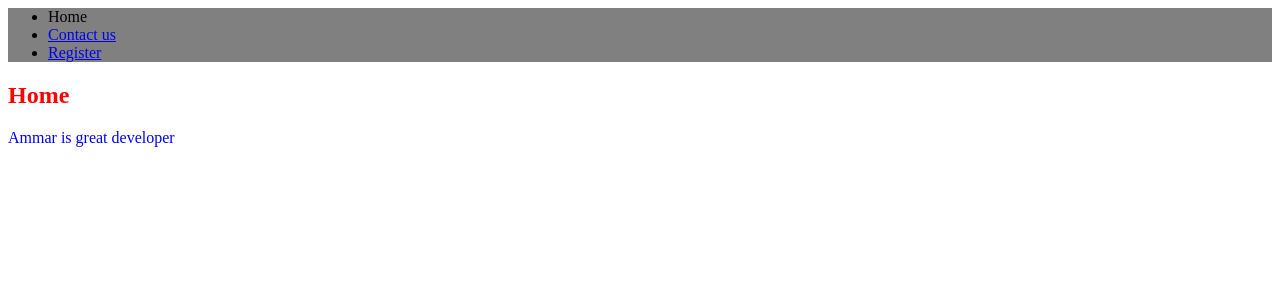
Repository: engammar111/css
Page: index.html
An editor plug-in stored every save of this project. The page is shown before and after the next save, followed by the edit.
The browser window is 1280 px wide. The pictures show the whole page.

Above is the page before, as saved 2021-07-31 15:03:29.

### index.html
<html lang="en">
  <head>
    <link rel="stylesheet" href="style.css" />
    <title>css</title>
  </head>
  <body>
    <header style="background-color: grey">
      <nav>
        <ul>
          <li>Home</li>
          <li><a href="contactus.html">Contact us</a></li>
          <li><a href="register">Register</a></li>
        </ul>
      </nav>
    </header>
    <section>
      <h1>Home</h1>
      <p>Ammar is great developer</p>
    </section>
  </body>
</html>

### style.css
/* Selector {
    property : value;
} */

h1 {
  color: red;
}

p {
  color: green;
}
p {
  color: blue;
}

After the next save:
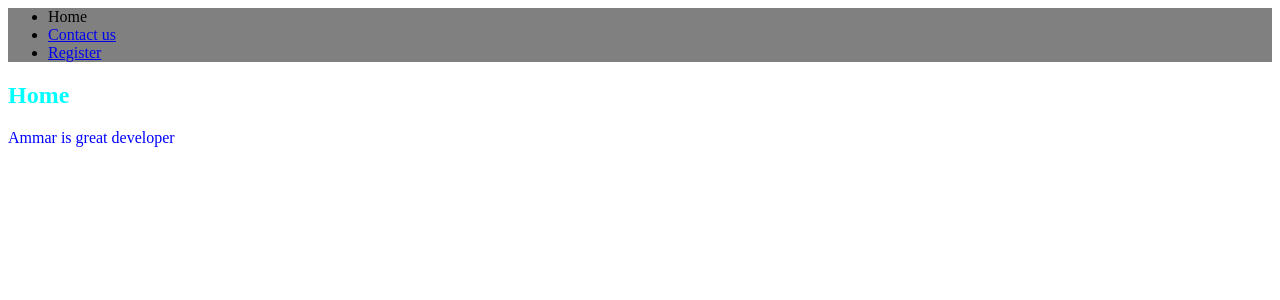
Saved 30 s later.
--- a/index.html
+++ b/index.html
@@ -14,7 +14,7 @@
       </nav>
     </header>
     <section>
-      <h1>Home</h1>
+      <h1 style="color: aqua">Home</h1>
       <p>Ammar is great developer</p>
     </section>
   </body>
